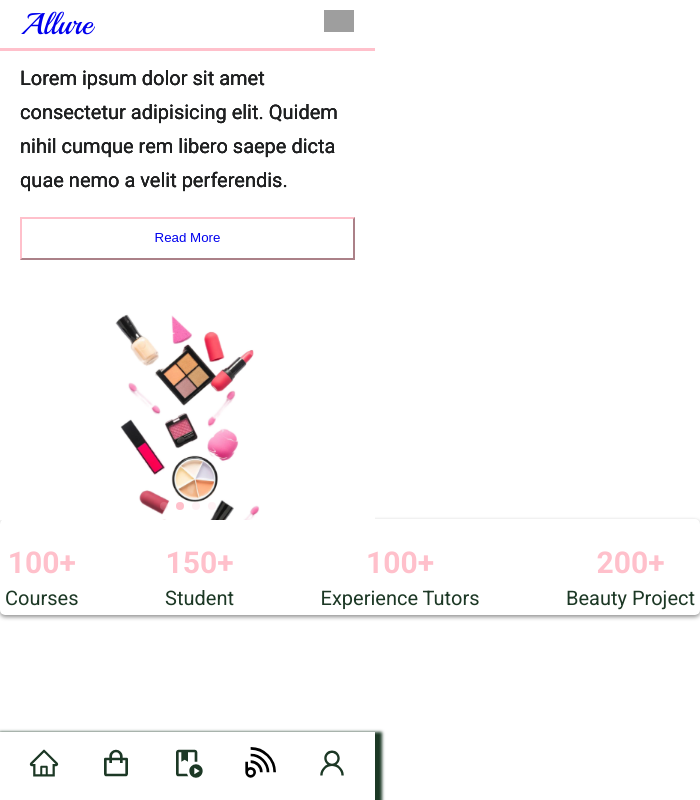
Repository: Benedict-Anthony/Allure-E-commerce-React-Js
Page: /
These files come from the project's save history. The page is drawn as it stood at one moment and after the next save; the edit follows.
The browser window is 375 px wide. The page is 700 px wide, so the pictures cover 700 px, including what lies to the right of the window. The pictures show the whole page.
Pictures or frames that could not be fetched are drawn as grey boxes. The page's requests for data from a server got no answer. The project was rebuilt for these pictures with package versions that can differ from the ones it lists, and the page was loaded fresh each time. No one was signed in, and anything a server would have sent is missing. Also part of the build but not shown: src/App.css, src/css/courses.css, src/shared/Course.tsx, src/shared/Product.tsx, src/pages/Shop.tsx, src/pages/Tutorials.tsx, src/pages/ProductDetail.tsx, src/components/CourseDetails.tsx and 15 more.

Above is the page before, as saved 2023-02-04 00:53:47.

After the next save:
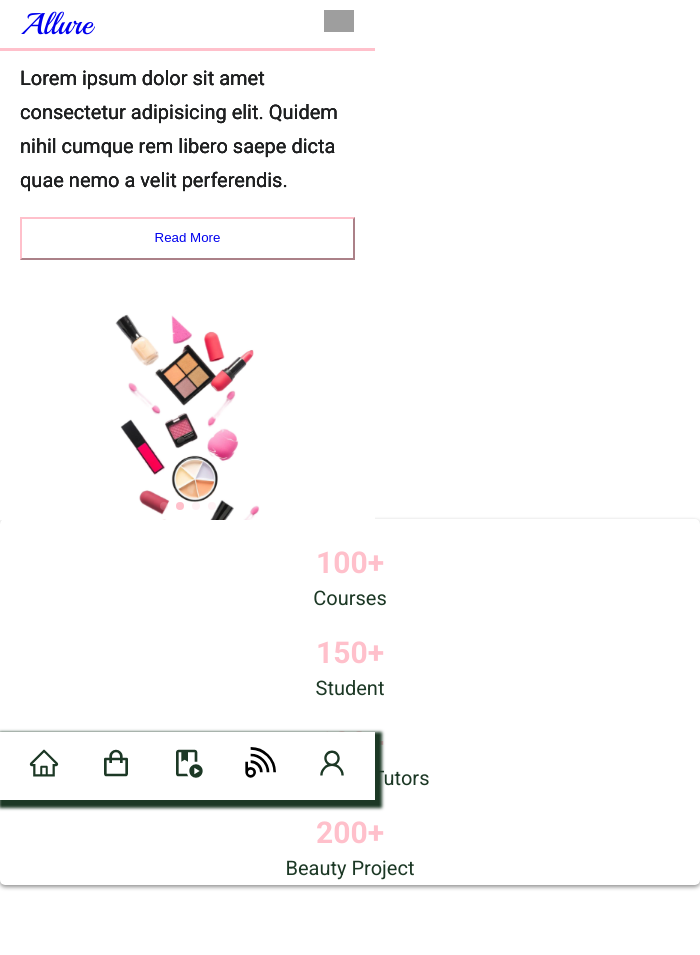
Saved 57 s later.
--- a/src/index.css
+++ b/src/index.css
@@ -151,6 +151,9 @@
 
 @media(max-width:500px) {
 
+  .flex {
+    flex-direction: column;
+  }
 
   .grid {
     grid-template-columns: 1fr 1fr;
